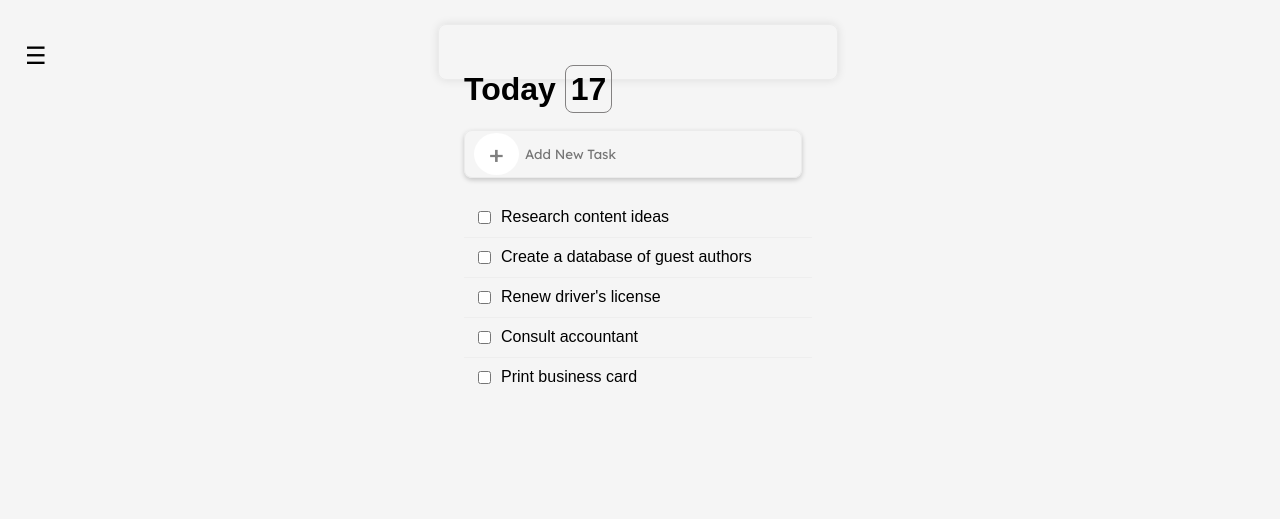
Repository: WeyehnR/Todo-App-e8719e15efb8a3743d14c47aa9ae2115442426d2
Page: Client/index.html
The author's editor kept a copy of each file at every save. The page is drawn from the files as they stood at one save, then again after the next save.
The browser window is 1280 px wide. The pictures show the whole page.

Above is the page before, as saved 2023-11-17 15:25:52.

### Client/index.html
<!DOCTYPE html>
<html lang="en">
<head>
    <meta charset="UTF-8">
    <meta name="viewport" content="width=device-width, initial-scale=1.0">
    <title>Todo List Application</title>
    <link href="https://fonts.googleapis.com/css2?family=Lexend+Deca&display=swap" rel="stylesheet">
    <link rel="stylesheet" href="styles.css">
</head>
<body>
    <div class="menu-container">
        <div class="hamburger" id="ham-menu-toggle">&#9776;</div>
        <div class="menu-card" id="menu-card">
            <!-- Content of the expanded gray card goes here -->
        </div>
    </div>
    <div class="todo-container">
        <div class="date-header">
          <h1>Today <span id="dayOfMonth"></span></h1>
        </div>
        <div class="add-task">
            <input type="text" placeholder="Add New Task" id="new-task-input">
            <button id="add-task-btn">+</button>
        </div>
        <ul class="todo-list">
            <li><input type="checkbox" id="task-1"><label for="task-1">Research content ideas</label></li>
            <li><input type="checkbox" id="task-2"><label for="task-2">Create a database of guest authors</label></li>
            <li><input type="checkbox" id="task-3"><label for="task-3">Renew driver's license</label></li>
            <li><input type="checkbox" id="task-4"><label for="task-4">Consult accountant</label></li>
            <li><input type="checkbox" id="task-5"><label for="task-5">Print business card</label></li>
        </ul>
    </div>
    <div class="menu-card" id="menu-card">
        <!-- Content of the expanded gray card goes here -->
    </div>
    <script src="main.js"></script>
</body>
</html>

### Client/styles.css

body {
    font-family: 'Arial', sans-serif;
    background-color: whitesmoke;
    margin: 0;
    padding: 20px;
}

.todo-container {
    top: 120px;
    left: 378px;
    width: 1038px;
    height: 56px;
    background-color: rgba(250,250,250,0);
    border-radius: 8px;
    border: 1px solid #ebebeb;
    box-sizing: border-box;
    top: 24px;
    position: absolute;
    max-width: 400px;
    margin-left: 60px;
    padding: 25px;
    box-shadow: 0 0 10px rgba(0, 0, 0, 0.1);
}

#dayOfMonth {
    border: 1px solid #838181;
    border-radius: 8px;
    padding: 5px;
}

.header {
    display: flex;
    align-items: center;
}
/* Style for the hamburger icon */
.hamburger {
    position:absolute;
    font-size: 24px; /* Adjust the size as needed */
    top: 40px; /* Adjust the top position for the icon */
    left: 25px; /* Adjust the left position for the icon */
    cursor: pointer;
    font-family: 'Lexend Deca';
    z-index: 2;
}

.hamburger.expanded {
    top: 40px; /* Align with the top of the expanded menu card */
    left: 280px; /* Align with the left of the expanded menu card */
}


.menu-container{
    display: flex;
}

/* Style for the gray menu card */
.menu-card {
    width: 0; /* Initially hidden */
    height: 100%;
    overflow: hidden;
    transition: width 0.3s ease; /* Add a transition for smooth expansion */
    z-index: 1; /* Ensure the menu card is above other content */
}

/* Style for the content within the menu card */
.menu-card-content {
    padding: 20px;
    /* Add additional styling as needed for the expanded card content */
}

/* Adjust the width when the menu card is expanded */
.menu-card.expanded {
    width: 300px; /* Adjust the width as desired */
    background-color: darkgray; /* Adjust the text color as desired */
    top: 24px;
    left: 24px;
    height: 852px;
    border-radius: 16px;
}

.todo-container{
    flex-grow: 1;
    transition: margin-left 0.3s ease; /* Add a transition for smooth shifting */
}

/* Shift the todo-container when the menu card is expanded */
.todo-container.expanded {
    margin-left: 320px; /* Match the width of the menu card */
}

.header h1 {
    margin: 0;
    font-size: 24px;
}

.header span {
    color: #888;
}

.add-task input {
    width: 100%;
    padding: 10px;
    margin-bottom: 20px;
    border: 1px solid #ddd;
    box-sizing: border-box;
}

.todo-list {
    list-style: none;
    padding: 0;
    margin: 0;
}

.todo-list li {
    padding: 10px;
    border-bottom: 1px solid #eee;
    display: flex;
    align-items: center;
}

.todo-list li:last-child {
    border-bottom: none;
}

input[type="checkbox"] {
    margin-right: 10px;
}

/* You can add more styles for checked tasks or interactive states */

/* ... other styles ... */

.add-task {
    display: flex;
    align-items: center;
    position: relative; /* Add this line */
}

.add-task input[type="text"] {
    top: 120px;
    left: 378px;
    width: 1038px;
    height: 48px;
    background-color: rgba(250,250,250,0);
    border-radius: 8px;
    border: 1px solid #ebebeb;
    box-sizing: border-box;
    flex-grow: 1;
    padding: 10px;
    padding-left: 60px; /* Add space for the button */
    margin-right: 10px;
    box-shadow: 0 2px 5px rgba(0, 0, 0, 0.2);
    font-family: 'Lexend Deca';
}


.add-task button {
    position: absolute; /* Add this line */
    left: 10px; /* Adjust as needed */
    top: 35%;
    transform: translateY(-50%); /* This centers the button vertically */
    display: flex;
    justify-content: center;
    align-items: center;
    padding: 1px 15px;
    border: none;
    border-radius: 50%; /* This creates the round shape for the button */
    background-color: rgb(255, 255, 255); /* Replace with the desired button color */
    color: gray;
    font-size: 25px;
    cursor: pointer;
    font-family: 'Lexend Deca';
}

/* ... rest of the styles ... */

/* Styles to ensure the input and button are aligned properly */
.add-task input[type="text"], .add-task button {

    line-height: 40px; /* Adjust line height to vertically center the text */
}

/* Adding some interactivity to the button */
.add-task button:hover {
    background-color: rgb(185, 181, 181); /* Darker shade when hovering */
}

/* ... additional styles and responsive adjustments ... */

### Client/main.js
const getElementById = (element) => document.getElementById(element);
const querySelector = (element) => document.querySelector(element);
document.addEventListener("DOMContentLoaded", function () {
    // Your JavaScript code here
    const currentDate = new Date();
    const dayOfMonth = currentDate.getDate();
    const dayOfMonthElement = getElementById("dayOfMonth");
    dayOfMonthElement.textContent = dayOfMonth;
});

// Get references to the hamburger icon, menu card, and todo-container
const hamburger = document.getElementById("ham-menu-toggle");
const menuCard = document.getElementById("menu-card");
const todoContainer = document.querySelector(".todo-container");

// Add a click event listener to toggle the menu card's expanded state
hamburger.addEventListener("click", () => {
  menuCard.classList.toggle("expanded");
  todoContainer.classList.toggle("expanded");
  hamburger.classList.toggle("expanded");
});

After the next save:
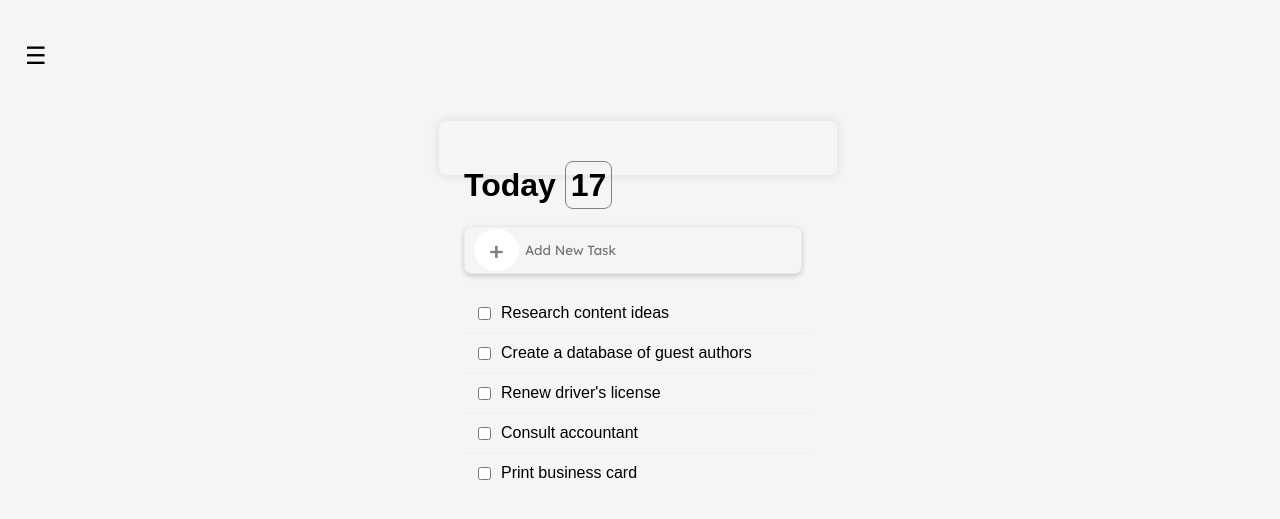
Saved 9 s later.
--- a/Client/styles.css
+++ b/Client/styles.css
@@ -15,7 +15,6 @@ body {
     border-radius: 8px;
     border: 1px solid #ebebeb;
     box-sizing: border-box;
-    top: 24px;
     position: absolute;
     max-width: 400px;
     margin-left: 60px;
